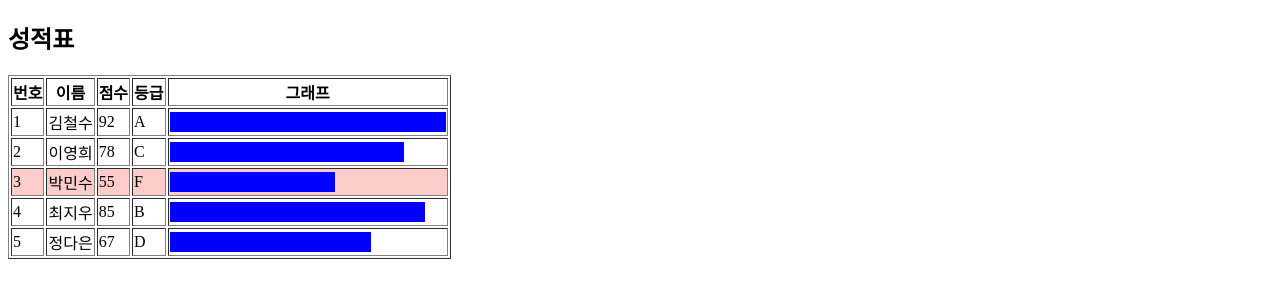
Repository: ohseung-web/Jsp2026
Page: http://localhost/chapter01/example_score.jsp
The author's editor kept a copy of each file at every save. The page is drawn from the files as they stood at one save, then again after the next save.
The browser window is 1280 px wide. The pictures show the whole page.
The page is served by Tomcat 9.

Above is the page before, as saved 2026-10-16 08:22:07.

### chapter01/src/main/webapp/example_score.jsp
<%@ page language="java" contentType="text/html; charset=UTF-8"
    pageEncoding="UTF-8" import="java.util.*"%>
<!DOCTYPE html>
<html>
<head>
<meta charset="UTF-8">
<title>Insert title here</title>

</head>
<body>
<!-- 성적 그래프 : 선언문이용하여 getGrade(int score) 함수 만들기 -->
<%!
   public String getGrade(int score){
	 if(score >= 90){
		 return "A";
	 }else if(score >=80){
		 return "B";
	 }else if(score >=70){
		 return "C";
	 }else if(score >=60){
		 return "D";
	 }else {
		 return "F";
	 }
   }
%>
<%
   String [] names ={"김철수","이영희","박민수","최지우","정다은"};
   int [] scores ={92,78,55,85,67};
%>
<h2 class="test">성적표</h2>
<table border="1">
   <tr>
   	<th>번호</th><th>이름</th><th>점수</th><th>등급</th><th>그래프</th>
   </tr>

<%
   for(int i=0; i<names.length; i++){
%>
	<!-- <tr>, <td>태그 작성 부분 : 3항 연산자 이용 60미만 배경색 #ffccc -->
	<tr style="background-color:<%= (scores[i]<60) ? "#ffcccc":"#ffffff" %>">
		<td><%= i+1 %></td>
		<td><%= names[i] %></td>
		<td><%= scores[i] %></td>
		<td><%= getGrade(scores[i]) %></td>
		<td>
		    <div style="width:<%= scores[i] * 3 %>px; height:20px; background-color:blue"></div>
		</td>
	</tr>
<%
   }
%>
</table>

<script>
   let a = document.querySelector('.test');

</script>

</body>
</html>

After the next save:
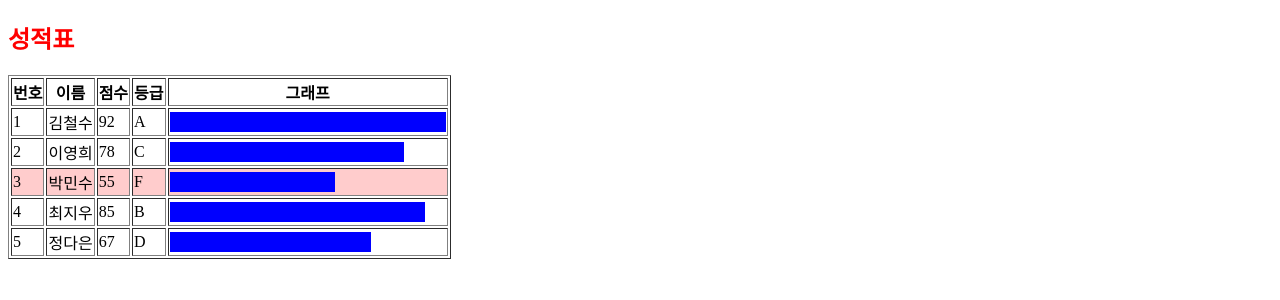
Saved 17 s later.
--- a/chapter01/src/main/webapp/example_score.jsp
+++ b/chapter01/src/main/webapp/example_score.jsp
@@ -54,7 +54,7 @@
 
 <script>
    let a = document.querySelector('.test');
-
+   a.style.color = "red";
 </script>
 
 </body>
